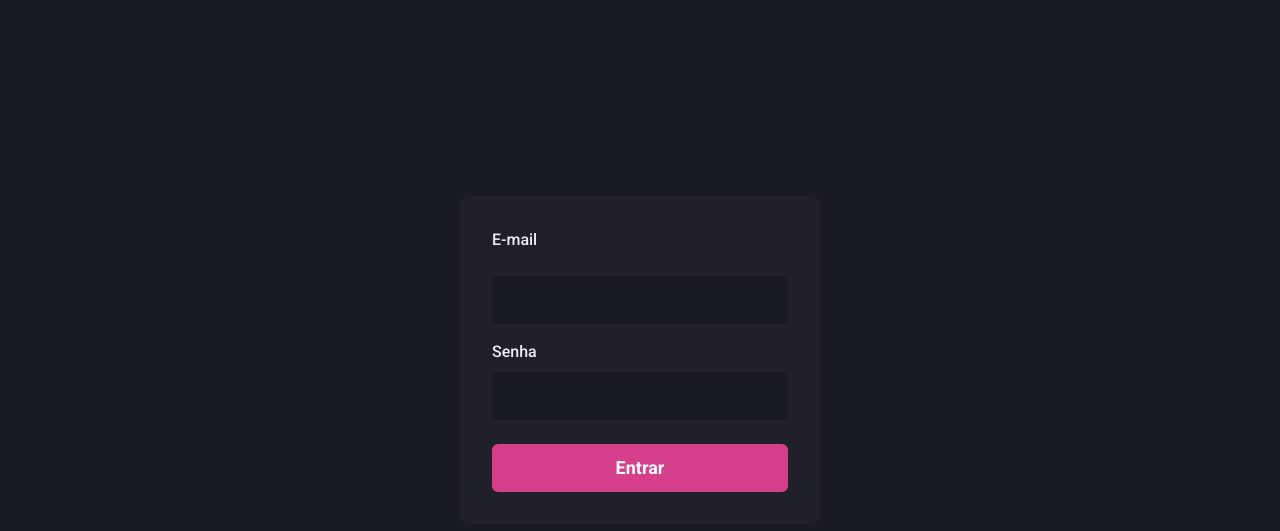
Repository: viniciusfg05/DashGo
Page: /
These files come from the project's save history. The page is drawn as it stood at one moment and after a run of saves; the edit follows.
The browser window is 1280 px wide. The pictures show the whole page.
The project was rebuilt for these pictures with package versions that can differ from the ones it lists, and the page was loaded fresh each time. The framework's server and built-in components were replaced by stand-ins that run in the browser. Also part of the build but not shown: next.config.js.

Above is the page before, as saved 2022-03-26 09:19:12.

After the next 2 saves:
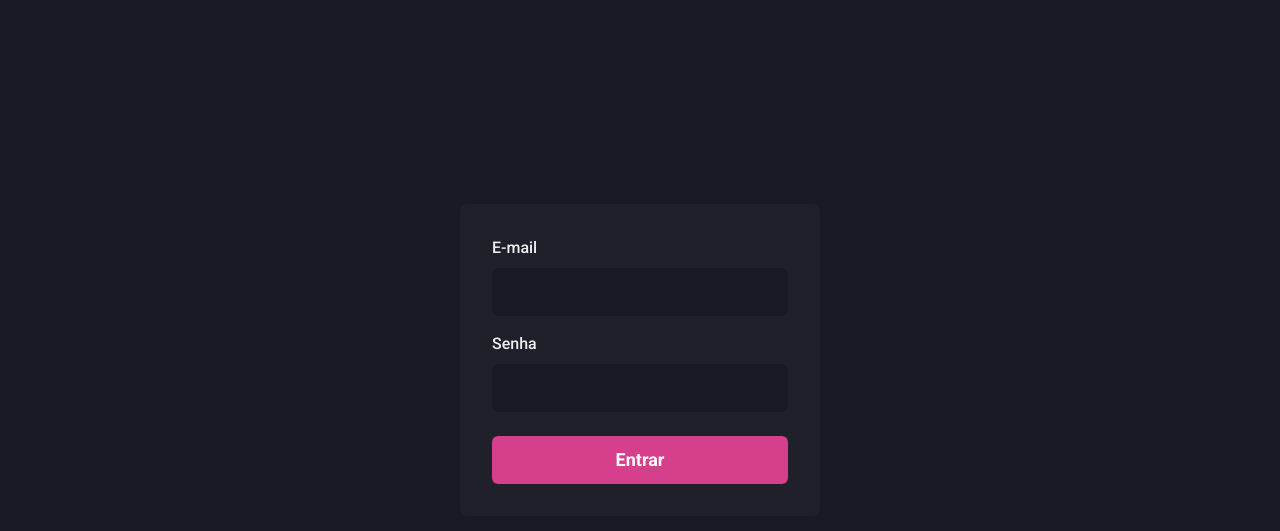
The 2 saves are shown as one change because they came seconds apart.
The last was saved 47 s later.
--- a/src/pages/index.tsx
+++ b/src/pages/index.tsx
@@ -19,9 +19,11 @@ export default function Home() {
       >
 
         <Stack spacing={4}>
-          <FormLabel htmlFor="email">E-mail</FormLabel>
 
-          <Input
+
+        <FormControl>
+          <FormLabel htmlFor="email">E-mail</FormLabel>          <Input
+
           id="email"
           name="email"
           type="email"
@@ -33,6 +35,8 @@ export default function Home() {
           }}
           size="lg"
           />
+
+        </FormControl>
 
           <FormControl>
             <FormLabel htmlFor="password">Senha</FormLabel>
